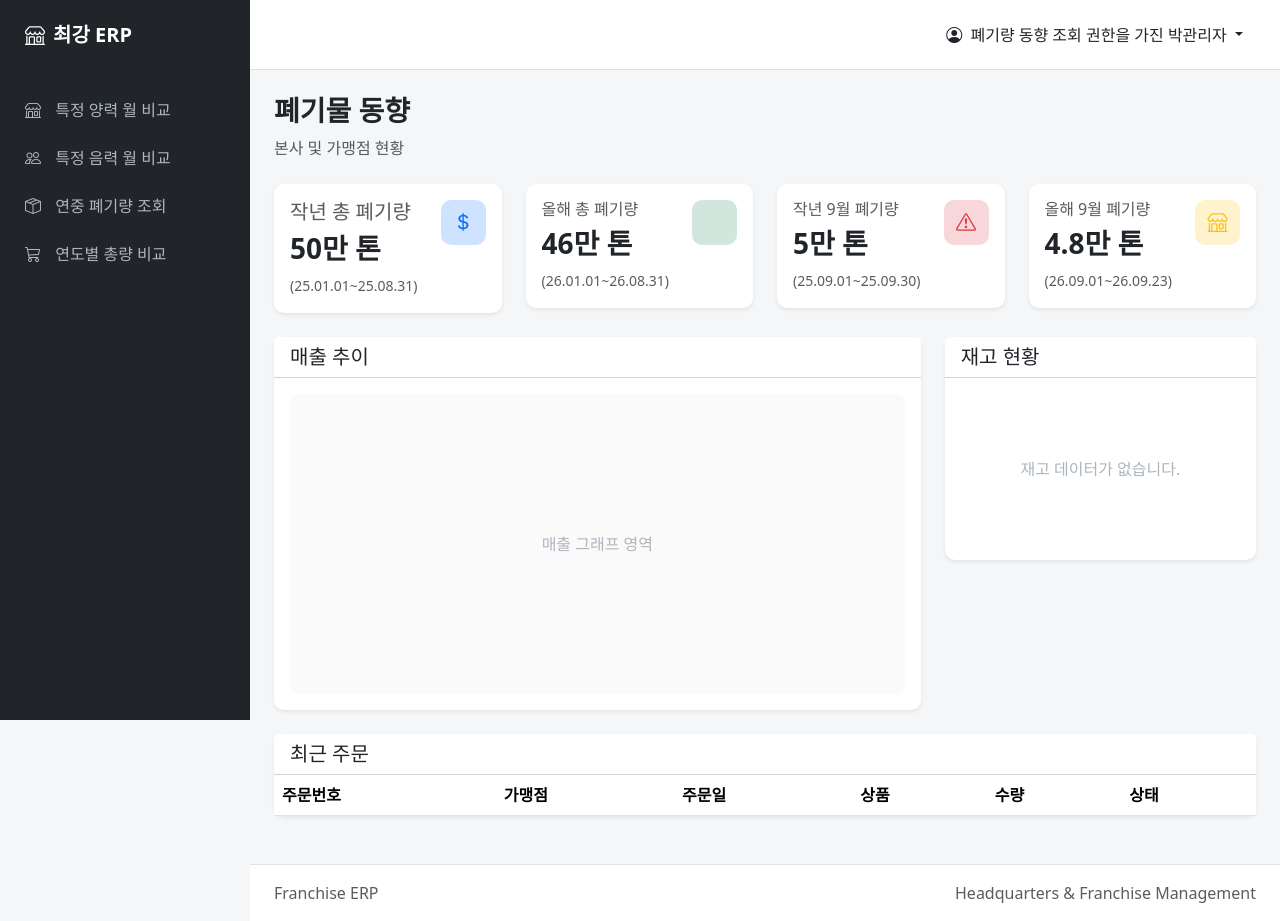
Repository: nojong99/kosta
Page: 32_MVCModel2/src/main/webapp/wasteTrends.html
These files come from the project's save history. The page is drawn as it stood at one moment and after the next save; the edit follows.
The browser window is 1280 px wide. The pictures show the whole page.

Above is the page before, as saved 2026-09-23 03:07:55.

After the next save:
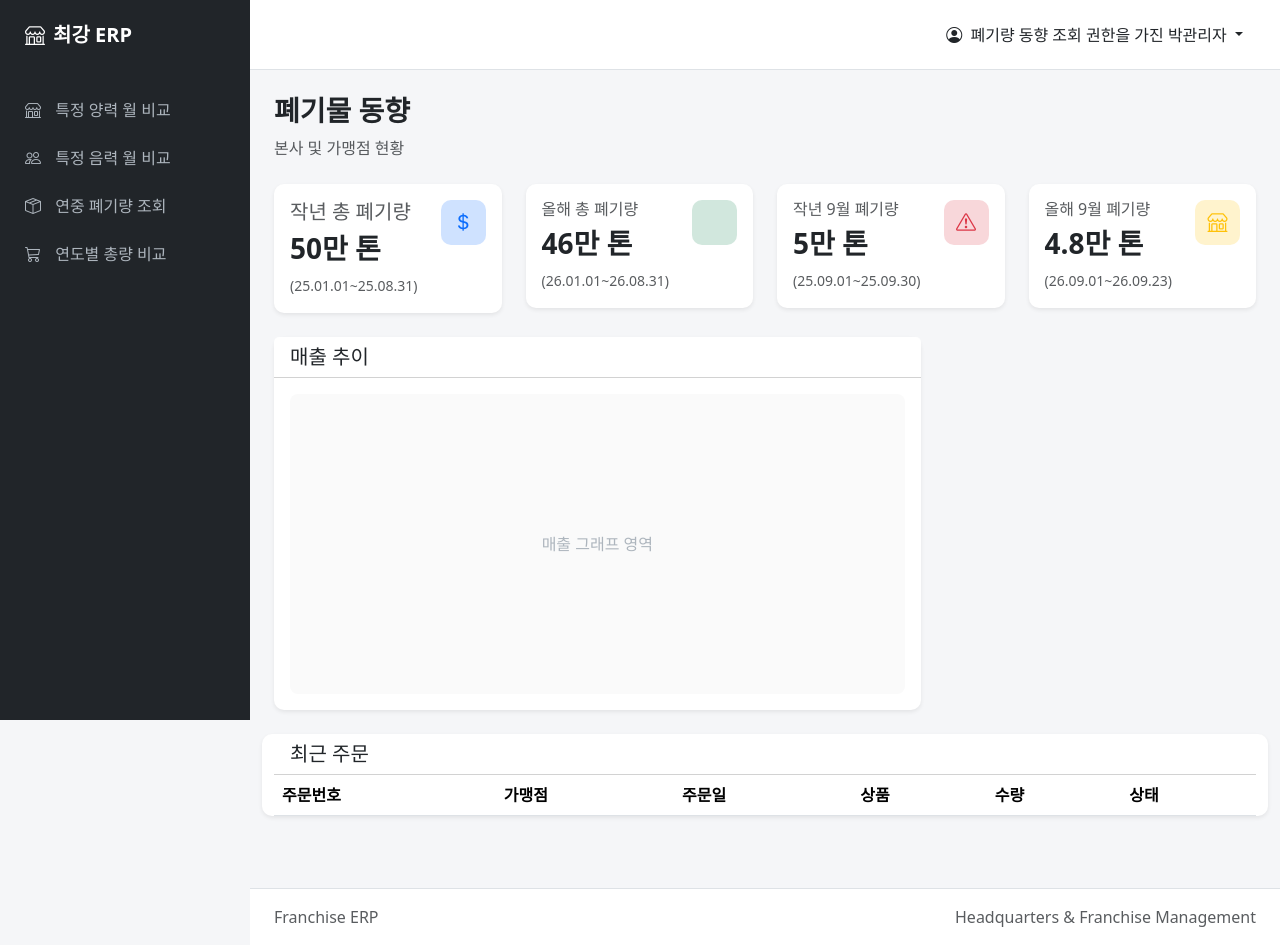
Saved 11 s later.
--- a/32_MVCModel2/src/main/webapp/wasteTrends.html
+++ b/32_MVCModel2/src/main/webapp/wasteTrends.html
@@ -374,36 +374,6 @@
 
 
 
-            <!-- 재고 -->
-
-            <div class="col-12 col-xl-4">
-
-                <div class="card dashboard-card shadow-sm">
-
-                    <div class="card-header bg-white">
-
-                        <h5 class="mb-0">
-                            재고 현황
-                        </h5>
-
-                    </div>
-
-                    <div class="card-body">
-
-                        <div class="empty-data">
-
-                            재고 데이터가 없습니다.
-
-                        </div>
-
-                    </div>
-
-                </div>
-
-            </div>
-
-        </div>
-
 
 
 
